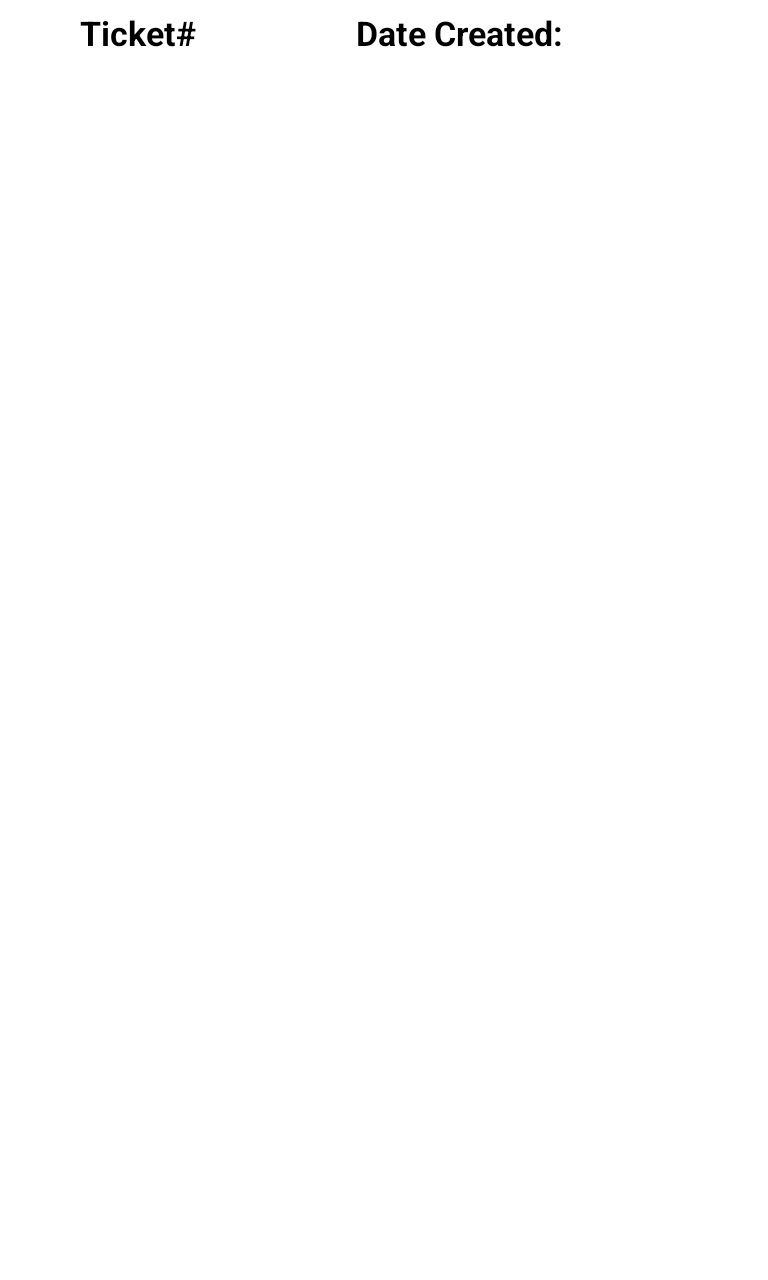
Repository: Pradeep-appstute/First
Layout: Control/res/layout/list_item.xml
The author's editor kept a copy of each file at every save. The layout is drawn from the files as they stood at one save, then again after the next save.
It is drawn on a 768 x 1280 px phone screen (xhdpi) without system bars, with theme AppTheme; the app's code is not run.

Above is the layout before, as saved 2014-02-21 06:13:01.

### Control/res/layout/list_item.xml
<?xml version="1.0" encoding="utf-8"?>
<LinearLayout xmlns:android="http://schemas.android.com/apk/res/android"
    android:layout_width="match_parent"
    android:layout_height="55dip"
    android:orientation="vertical" >

    <LinearLayout
        android:layout_width="match_parent"
        android:layout_height="wrap_content"
        android:orientation="horizontal" >

        <TextView
            android:layout_width="wrap_content"
            android:layout_height="wrap_content"
            android:paddingBottom="5dp"
            android:paddingLeft="?android:attr/expandableListPreferredChildPaddingLeft"
            android:paddingTop="5dp"
            android:textColor="#000000"
            android:textSize="17dip"
            android:text="Ticket#"
            android:textStyle="bold"
            />

        <TextView
            android:id="@+id/lblTicketNum"
            android:layout_width="wrap_content"
            android:layout_height="wrap_content"
            android:paddingBottom="5dp"
            android:paddingLeft="?android:attr/expandableListPreferredChildPaddingLeft"
            android:paddingTop="5dp"
            android:textColor="#000000"
            android:textSize="17dip" />

        <TextView
            android:layout_width="fill_parent"
            android:layout_height="wrap_content"
            android:paddingBottom="5dp"
            android:paddingLeft="?android:attr/expandableListPreferredChildPaddingLeft"
            android:paddingTop="5dp"
            android:textColor="#000000"
            android:textSize="17dip"
            android:text="Date Created:"
            android:textStyle="bold" />

        <TextView
            android:id="@+id/lblDateCreated"
            android:layout_width="wrap_content"
            android:layout_height="wrap_content"
            android:paddingBottom="5dp"
            android:paddingLeft="?android:attr/expandableListPreferredChildPaddingLeft"
            android:paddingTop="5dp"
            android:textColor="#000000"
            android:textSize="17dip" />
    </LinearLayout>

    <LinearLayout
        android:layout_width="match_parent"
        android:layout_height="wrap_content"
        android:orientation="vertical" >

        <TextView
            android:id="@+id/lblListItem"
            android:layout_width="fill_parent"
            android:layout_height="wrap_content"
            android:paddingBottom="5dp"
            android:paddingLeft="?android:attr/expandableListPreferredChildPaddingLeft"
            android:paddingTop="5dp"
            android:textColor="#000000"
            android:textSize="17dip" />

        <TextView
            android:id="@+id/lblListItem"
            android:layout_width="fill_parent"
            android:layout_height="wrap_content"
            android:paddingBottom="5dp"
            android:paddingLeft="?android:attr/expandableListPreferredChildPaddingLeft"
            android:paddingTop="5dp"
            android:textColor="#000000"
            android:textSize="17dip" />
    </LinearLayout>

</LinearLayout>

Loaded but not shown: Control/res/values/styles.xml (common file); Control/res/values-v11/styles.xml (common file); Control/res/values-v14/styles.xml (common file)

After the next save:
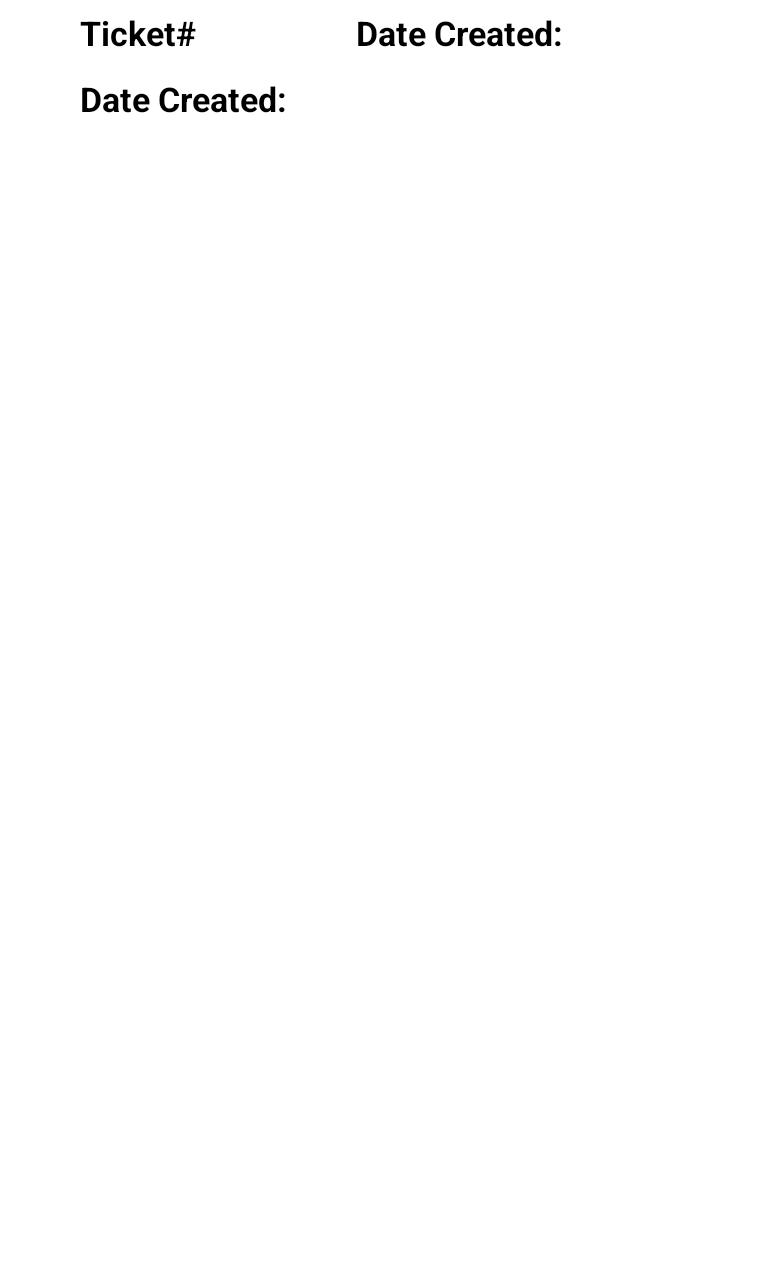
Saved 35 s later.
--- a/Control/res/layout/list_item.xml
+++ b/Control/res/layout/list_item.xml
@@ -60,13 +60,16 @@
 
         <TextView
             android:id="@+id/lblListItem"
-            android:layout_width="fill_parent"
+            android:layout_width="wrap_content"
             android:layout_height="wrap_content"
             android:paddingBottom="5dp"
             android:paddingLeft="?android:attr/expandableListPreferredChildPaddingLeft"
             android:paddingTop="5dp"
             android:textColor="#000000"
-            android:textSize="17dip" />
+            android:textSize="17dip"
+            android:text="Date Created:"
+            android:textStyle="bold"
+            />
 
         <TextView
             android:id="@+id/lblListItem"
